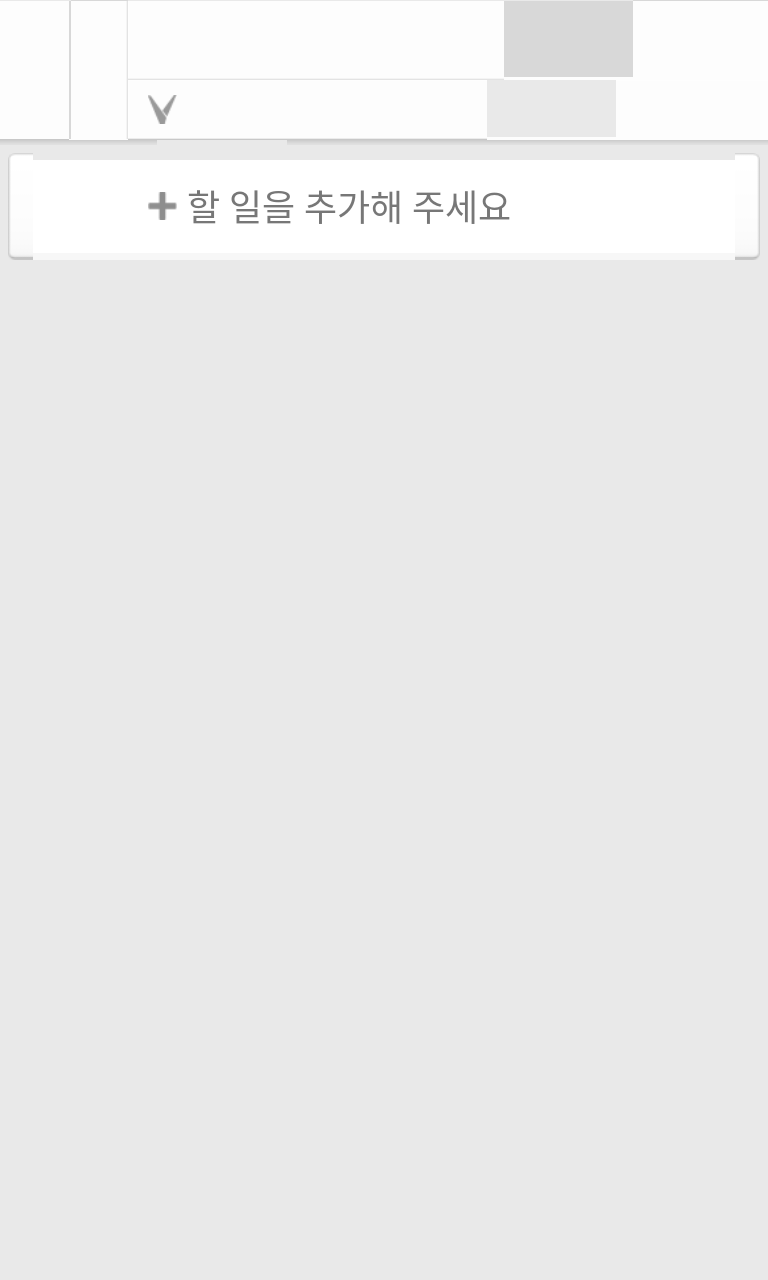
Repository: belhyun/witherest-android
Layout: Witherest/res/layout/fragment_mycheck.xml
The author's editor kept a copy of each file at every save. The layout is drawn from the files as they stood at one save, then again after the next save.
It is drawn on a 768 x 1280 px phone screen (xhdpi) without system bars, with theme android:Theme.Holo; the app's code is not run. Lists and similar views that code fills are empty.

Above is the layout before, as saved 2013-07-06 04:05:47.

### Witherest/res/layout/fragment_mycheck.xml
<?xml version="1.0" encoding="utf-8"?>
<LinearLayout xmlns:android="http://schemas.android.com/apk/res/android"
    android:layout_width="fill_parent"
    android:layout_height="fill_parent"
    android:background="#e9e9e9"
    android:orientation="vertical" >

    <RelativeLayout
        android:layout_width="fill_parent"
        android:layout_height="70dp" >

        <LinearLayout
            android:id="@+id/mycheck_profile_container"
            android:layout_width="64dp"
            android:layout_height="70dp"
            android:layout_alignParentLeft="true"
            android:background="@drawable/main1_bg"
            android:gravity="center"
            android:padding="3dip" >

            <ImageView
                android:id="@+id/mycheck_prifile_image"
                android:layout_width="match_parent"
                android:layout_height="match_parent"
                android:layout_marginBottom="5dp"
                android:layout_marginLeft="3dp"
                android:layout_marginRight="3dp"
                android:layout_marginTop="5dp"
                 />
        </LinearLayout>

        <LinearLayout
            android:id="@+id/mycheck_intro_container"
            android:layout_width="match_parent"
            android:layout_height="40dp"
            android:layout_alignParentTop="true"
            android:layout_toRightOf="@id/mycheck_profile_container"
            android:background="@drawable/main2_bg"
            android:gravity="center_horizontal"
            android:orientation="vertical"
            android:padding="0dip" >

            <TextView
                android:id="@+id/mycheck_name_textview"
                android:layout_width="match_parent"
                android:layout_height="wrap_content"
                android:layout_marginLeft="2dip"
                android:ellipsize="end"
                android:textColor="#51c3b8"
                android:textSize="14sp"
                android:textStyle="bold" />

            <TextView
                android:id="@+id/mycheck_purpose_textview"
                android:layout_width="match_parent"
                android:layout_height="wrap_content"
                android:layout_marginLeft="2dip"
                android:ellipsize="end"
                android:textColor="#888888"
                android:textSize="14sp" />
        </LinearLayout>

        <LinearLayout
            android:id="@+id/mycheck_detail_container"
            android:layout_width="fill_parent"
            android:layout_height="30dp"
            android:layout_alignLeft="@id/mycheck_intro_container"
            android:layout_below="@id/mycheck_intro_container"
            android:orientation="horizontal" >

            <LinearLayout
                android:id="@+id/mycheck_detail_container_1"
                android:layout_width="match_parent"
                android:layout_height="match_parent"
                android:layout_weight="1"
                android:background="@drawable/main3_bg"
                android:gravity="center"
                android:orientation="horizontal"
                android:padding="2dip" >

                <ImageView
                    android:layout_width="wrap_content"
                    android:layout_height="wrap_content"
                    android:layout_marginLeft="8dp"
                    android:src="@drawable/main_checkroom_icon_bg" />

                <TextView
                    android:id="@+id/mycheck_expose_textview"
                    android:layout_width="match_parent"
                    android:layout_height="wrap_content"
                    android:layout_marginLeft="40dp"
                    android:textColor="#999999"
                    android:textSize="14sp" />
            </LinearLayout>

            <LinearLayout
                android:id="@+id/mycheck_detail_container_2"
                android:layout_width="match_parent"
                android:layout_height="match_parent"
                android:layout_weight="1"
                android:background="@drawable/main4_bg"
                android:gravity="center"
                android:padding="2dip"
                android:visibility="gone">

                <ImageView
                    android:layout_width="wrap_content"
                    android:layout_height="wrap_content"
                    android:layout_marginLeft="8dp"
                    android:src="@drawable/main_star_icon_bg" />

                <TextView
                    android:id="@+id/mycheck_star_textview"
                    android:layout_width="match_parent"
                    android:layout_height="wrap_content"
                    android:layout_marginLeft="40dp"
                    android:textColor="#999999"
                    android:textSize="14sp" />
            </LinearLayout>
        </LinearLayout>
    </RelativeLayout>

    <LinearLayout
        android:layout_width="fill_parent"
        android:layout_height="wrap_content"
        android:background="@drawable/common_header_shadow" />

    <Button
        android:id="@+id/make_room_btn"
        android:layout_width="match_parent"
        android:layout_height="wrap_content"
        android:background="@drawable/make_room_btn_on_off"
        android:drawableLeft="@drawable/main_plus_icon_bg"
        android:drawablePadding="5dip"
        android:gravity="center_vertical"
        android:paddingLeft="70dp"
        android:text="@string/make_room"
        android:textColor="#777777"
        android:textSize="18sp"
        android:layout_marginLeft="4dp"
        android:layout_marginRight="4dp"
        android:layout_marginTop="4dp"
        android:layout_marginBottom="2dp"/>

    <ListView
        android:id="@+id/mycheck_checklistview"
        android:layout_width="match_parent"
        android:layout_height="wrap_content"
        android:layout_marginLeft="4dp"
        android:layout_marginRight="4dp"
        android:layout_marginTop="2dp"
        android:layout_weight="1.75"
        android:background="#e9e9e9"
        android:drawSelectorOnTop="false"
        android:cacheColorHint="#00000000"
        android:divider="@color/tranparent"
        android:listSelector="@android:color/transparent"
        android:persistentDrawingCache="animation|scrolling"
        >
    </ListView>

</LinearLayout>

### Witherest/res/drawable/make_room_btn_on_off.xml
<?xml version="1.0" encoding="utf-8"?>
<selector xmlns:android="http://schemas.android.com/apk/res/android" >
    <!-- selected -->
	<item
		android:state_selected="true"
		android:drawable="@drawable/main_plusroom_button_on"/>

	<!-- pressed -->
	<item
		android:state_pressed="true"
		android:drawable="@drawable/main_plusroom_button_on"/>

	<!-- focused -->
	<item
		android:state_focused="true"
		android:drawable="@drawable/main_plusroom_button_on"/>

	<!-- default -->
	<item
		android:drawable="@drawable/main_plusroom_button_off"/>

</selector>

### Witherest/res/values/strings.xml
<?xml version="1.0" encoding="utf-8"?>
<resources>
    <string name="app_name">Witherest</string>
    <string name="hello_world">Hello world!</string>
    <string name="menu_settings">Settings</string>
    <string name="title_activity_main">MainActivity</string>

    <!-- Common String -->
    <string name="common_welcome">다른 사람들과 할 일을 공유 하고 함께 이뤄 가는 공간\n함께 목표를 이루는 공간에 당신을 초대합니다.</string>

    <string name="exception_message">오류가 발생하였습니다.</string>
    <string name="incorrect_networkconnect">잘못된 접근방식입니다.</string>
    <!-- /Common String -->

    <!-- Login String -->
    <string name="login_title">로그인</string>
    <string name="login_message">다른 사람들과 할 일을 공유 하고 함께 이뤄 가는 공간\n함께 목표를 이루는 공간에 당신을 초대합니다.</string>
	<string name="login_id_hint">아이디 (이메일 주소)</string>
	<string name="login_passwd_hint">비밀번호</string>
	<string name="login_btn">로그인</string>

	<string name="login_dialog_message">로그인중 입니다.</string>

		<!-- Error String -->
		<string name="login_insert_id_empty">아이디 (이메일 주소)를 입력 해주세요.</string>
		<string name="login_insert_passwd_empty">비밀번호를 입력 해주세요.</string>
		<string name="login_id_incorrect">등록되지 않은 사용자 입니다.</string>
		<string name="login_passwd_incorrect">비밀번호가 일치하지 않습니다.</string>
		<!-- /Error String -->

	<!-- /Login String -->

	<!-- SignUp String -->
	<string name="signup_title">가입하기</string>
	<string name="signup_nickname_hint">닉네임</string>
	<string name="signup_id_hint">아이디 (이메일 주소)</string>
	<string name="signup_passwd_hint">비밀번호</string>
	<string name="signup_passwdconfirm_hint">비밀번호 확인</string>
	<string name="signup_interestedCategory_hint">관심 카테고리</string>
	<string name="signup_attention">만들기 버튼을 누르면 &lt;font color=#3cc3c6&gt;이용약관&lt;/font&gt; 및 &lt;font color=#3cc3c6&gt;개인 정보&lt;/font&gt;&lt;br /&gt;&lt;font color=#3cc3c6&gt;취급 방침&lt;/font&gt;에 동의하게 됩니다.</string>
	<string name="signup_make_btn">가입하기</string>

	<string name="signup_dialog_message">&lt;small&gt;회원가입  요청중입니다.&lt;/small&gt;&lt;br&gt;&lt;small&gt;잠시만 기다려 주세요.&lt;/small&gt;</string>

		<!-- Error String -->
		<string name="signup_insert_nickname_empty">닉네임을 입력 해주세요.</string>
		<string name="signup_insert_id_empty">아이디 (이메일 주소)를 입력 해주세요.</string>
		<string name="signup_insert_passwd_empty">비밀번호를 입력 해주세요.</string>
		<string name="signup_insert_passwdconfirm_empty">비밀번호 확인을 입력 해주세요.</string>
		<string name="signup_insert_interestedCategory_empty">관심 카테고리를 선택 해주세요.</string>

		<string name="signup_insert_passwd_different">입력된 비밀번호가 일치하지 않습니다.</string>
		<!-- /Error String -->

	<!-- /SignUp String -->
		<string name="title_category">Category</string>
		<string name="profile_title">프로필 수정</string>
		<string name="profile">프로필</string>
		<string name="profile_menu_text">프로필 이미지</string>
		<string name="profile_image_des">이미지를 변경하시려면 눌러주세요</string>
		<string name="profile_nick">닉네임</string>
		<string name="email">이메일</string>
		<string name="purpose">목표 문구</string>
		<string name="mycategory">관심 카테고리</string>
		<string name="settings_title">설정</string>
		<string name="default_info_text">기본 정보</string>
		<string name="version_title">버젼 정보</string>
		<string name="default_version">1.0</string>
		<string name="help_title">도움말</string>
		<string name="suggestion_title">의견 보내기</string>
		<string name="note_title">알림 설정</string>
		<string name="system_title">시스템 설정</string>
		<string name="withdraw_title">탈퇴</string>
		<string name="logout_title">로그 아웃</string>
		<string name="warning_withdraw">Witherest를 탈퇴하시겠습니까?</string>
		<string name="confirm">확인</string>
		<string name="cancel">취소</string>
		<string name="confirm_withdraw">탈퇴 확인</string>
		<string name="notification">알림</string>
		<string name="notificationconfig">알림 수신 설정</string>
		<string name="activity_noti_config_time">방 시간 알림</string>
		<string name="activity_noti_config_time_des">방 알림 시간이 되었을 때 알림을 받습니다.</string>
		<string name="activity_noti_config_manager_register">방장 신규 글 등록 알림</string>
		<string name="activity_noti_config_manager_register_des">방장이 신규글을 등록했을 때 알림을 받습니다.</string>
		<string name="activity_noti_config_register_mine">댓글 알림</string>
		<string name="activity_noti_config_register_mine_des">내가 쓴글에 댓 글이 달렸을 때 알림을 받습니다.</string>
		<string name="activity_noti_company">공지 알림</string>
		<string name="activity_noti_company_des">Witherest의 공지 알림을 받습니다.</string>
		<string name="selectimage">사진 선택</string>
		<string name="activity_profile_input_email_text">이메일을 입력해주세요</string>
		<string name="activity_profile_input_nick_text">닉네임을 입력해주세요</string>
		<string name="activity_profile_input_purpose_text">목표 문구를 입력해주세요</string>
		<string name="activity_profile_input_mycategories_text">관심 카테고리를 선택해주세요</string>
		<string name="activity_profile_input_category_text">관심 항목을 선택해주세요</string>
		<string name="activity_makeroom_room_image_title">방 이미지</string>
		<string name="activity_makeroom_room_name_title">방이름</string>
		<string name="activity_makeroom_purpose_title">할 일 내용</string>
		<string name="activity_makeroom_title">방 만들기</string>
		<string name="activity_makeroom_category_title">카테고리</string>
		<string name="activity_makeroom_period_title">기간</string>
		<string name="activity_makeroom_periodtype_default">매일</string>
		<string name="activity_makeroom_period_default">21일</string>
		<string name="activity_makeroom_periodtype_title">실천 주기</string>
		<string name="activity_mkeroom_periodtype_default">매일</string>
		<string name="activity_makeroom_alarm_title">알림</string>
		<string name="activity_makeroom_alarm_default">매일</string>
		<string name="activity_makeroom_content_hint">입력하시려면 눌러주세요</string>
		<string name="activity_makeroom_alarmtime_title">알림 시간</string>
		<string name="activity_makeroom_public_title">공개 여부</string>
		<string name="activity_makeroom_public_default">공개</string>
		<string name="activity_makeroom_maxmember_title">참여 인원</string>
		<string name="activity_makeroom_maxmember_default">10명</string>
		<string name="dialog_input_roomname_text">방 이름을 입력해주세요</string>
		<string name="dialog_input_purpose_text">할 일 내용을 입력해주세요</string>
		<string name="dialog_input_category_text">카테고리를 선택해주세요</string>
		<string name="dialog_input_period_text">기간을 입력해주세요</string>
		<string name="dialog_input_periodtype_text">실천 주기를 입력해주세요</string>
		<string name="dialog_input_alarm_text">알림을 선택해주세요</string>
		<string name="dialog_input_alarmtime_text">알림 시간을 지정해주세요</string>
		<string name="dialog_input_pulbic_text">공개 여부를 설정해주세요</string>
		<string name="dialog_input_maxmember_text">참여 인원을 설정해주세요</string>
		<string name="request_select_day">요일을 선택해주세요</string>
		<string name="daily">매일</string>
		<string name="yes">예</string>
		<string name="no">아니오</string>
		<string name="publicyes">공개</string>
		<string name="publicno">비공개</string>
		<string name="unit_human">명</string>
		<string name="simple_time">시</string>
		<string name="simple_min">분</string>
		<string name="am">오전</string>
		<string name="pm">오후</string>
		<string name="populate">인기순</string>
		<string name="recent">둥록순</string>
		<string name="agent">android</string>
		<string name="login_dialog_title">로그인 중</string>
		<string name="signup_dialog_title">회원 가입 요청중...</string>
		<string name="server_error">일시적 네트워크 장애입니다.\n다시 시도해주세요.</string>
		<string name="id_duplicated">이미 등록된 아이디입니다</string>
		<string name="join_text">join</string>
		<string name="setting_text">setting</string>
		<string name="leave_text">leave</string>
		<string name="with_text">with</string>
		<string name="board_text">board</string>
		<string name="roomboard_write_hint">소식을 전해주세요 !!</string>
		<string name="write_text">올리기</string>
		<string name="login_guide">로그인 안내</string>
		<string name="login_join_message">로그인 전용 페이지 입니다\n아래의 버튼을 알맞게 눌러주세요</string>
		<string name="login">로그인</string>
		<string name="join">회원 가입</string>
		<string name="logout_dialog_title">로그 아웃중</string>
		<string name="logout_dialog_message">로그 아웃 요청중...</string>
		<string name="wait_title">데이타 수신중</string>
		<string name="wait_message">잠시만 기다려주세요</string>
		<string name="makeroom_title_insert">방 이름을 입력해주세요 </string>
		<string name="makeroom_purpose_insert">할일 내용을 입력해주세요</string>
		<string name="makeroom_category_insert">룸을 생성할 카테고리를 입력해주세요</string>
		<string name="createroom_dialog_title">체크룸 생성</string>
		<string name="createroom_dialog_message">체크룸 생성 요청 중입니다 \n잠시만 기다려 주세요</string>
		<string name="createroom_ok">정상적으로 방이 개설되었습니다</string>
		<string name="room_modify">수정</string>
		<string name="room_withdraw">탈퇴</string>
		<string name="room_join">참여</string>
		<string name="no_manager_notice">현재 방의 공지 사항이 없습니다.</string>
		<string name="no_purpose">현재 자신의 목적문구가 없습니다.</string>
		<string name="you_not_manager">방장만이 공지글을 작성할 수 있습니다</string>
		<string name="write_notice_title">공지 작성</string>
		<string name="confirm_notice">공지글을 작성해 주세요</string>
		<string name="not_user_not_join_alert">글을 올리려면 이 방에 참여한 상태여야 합니다.</string>
		<string name="no_text">글을 작성하지 않았습니다. 글을 작성해 주세요</string>
		<string name="write_reply_title">댓글 작성</string>
		<string name="modifyroom_ok">정상적으로 방이 수정되었습니다</string>
		<string name="not_valid_email">입력하신 ID 는 이메일 형식에 맞지 않습니다\n이메일 형식에 맞게 입력해주세요</string>
		<string name="not_valid_name">이름은 2자 이상이어야 합니다</string>
		<string name="not_valid_password">비밀번호는 4자 이상이어야 합니다</string>
		<string name="banned_modify_email">이메일은 수정하실 수 없습니다</string>
		<string name="modify">수정</string>
		<string name="profile_purpose_hint">자신의 목표 문구를 설정해 주세요</string>
		<string name="profile_category_hint">관심 카테고리를 설정해주세요</string>
		<string name="make_room">할 일을 추가해 주세요</string>
		<string name="no_alarm">알림 시간 없음</string>
		<string name="room_public_ok">공개</string>
		<string name="room_public_not">비공개</string>
		<string name="logout_fail">로그아웃 요청이 실패했습니다\n다시 시도해 주십시오</string>
		<string name="finish_confirm_title">앱 종료 확인</string>
		<string name="finish_confirm_message">앱을 종료하시겠습니까?</string>
		<string name="logout_wait_message">로그아웃 중입니다\n잠시만 기다려 주세요</string>
		<string name="profile_modify_ok">프로필이 정상적으로 수정되었습니다</string>
		<string name="necessary_text">필수 사항</string>
		<string name="option_text">선택 사항</string>
		<string name="wrong_approach">잘못된 접근 경로입니다</string>
		<string name="withdraw_ok">회원 탈퇴가 정상적으로 처리되었습니다</string>
		<string name="member_guide_title">회원 가입 안내</string>
		<string name="member_guide_message">회원 가입을 하시고 이용하실 수 있습니다.\n회원 가입절차는 아주 간단합니다.</string>
		<string name="no_delete_room">자신을 제외하고 방에 인원이 없어야 방 삭제가 가능합니다</string>
		<string name="delete_room_guide_title">방 삭제</string>
		<string name="delete_room_guide_message">정말로 방을 삭제하시겠습니까?</string>
		<string name="room_delete">방 삭제하기</string>
		<string name="join_member">Witherest 가입하기</string>
		<string name="join_member_text">회원이 아니시면 아래를 눌러 가입해주세요</string>

		<string name="pull_to_refresh_pull_label">새로 고침</string>
   		 <string name="pull_to_refresh_release_label">새로 고침</string>
   		 <string name="pull_to_refresh_refreshing_label">로딩중...</string>
 		 <string name="pull_to_refresh_tap_label">새로 고침하려면 탭 해주세요</string>
 		 <string name="progress_initialize">앱 초기화 중입니다</string>
 		 <string name="progress_version">버젼 체크를 진행중입니다</string>
 		 <string name="progress_category">필요한 데이타를 수신중입니다</string>
 		 <string name="progress_gcm">GCM 데이타를 식별중입니다</string>
 		 <string name="progress_autologin">자동 로그인 중입니다</string>
 		 <string name="note_saved">에버노트에 잘 저장이 되었습니다</string>
 		 <string name="error_creating_notestore">에버노트에 노트저장소 생성에 문제가 생겼습니다</string>
 		 <string name="error_saving_note">에버노트에 저장하는데 문제가 생겼습니다</string>
 		 <string name="empty_content_error">에버노트에 저장하기 위해서는 제목과 내용이 필요합니다</string>
 		 <string name="note_title">알림 설정</string>
 		 <string name="evernote_login_ok">에버노트 로그인이 되었습니다</string>
 		 <string name="evernote_login_fail">에버노트 인증에 실패했습니다</string>
 		 <string name="is_saving_evernote">에버노트에 기록중입니다\n잠시만 기다려주세요</string>
 		 <string name="note_message">알림 설정하기</string>
 		 <string name="acount_title">계정 연동</string>
 		 <string name="evernote_message1">에버노트와 연동하기</string>
 		 <string name="activity_setting_evernote_detail1">목표를 수행한 내용 기록하기</string>
 		 <string name="activity_setting_evernote_detail2">목표를 수행한 내용이 \n에버노트에 기록됩니다</string>
 		 <string name="room_time_note">witheset 방 시간 알림</string>
 		 <string name="room_time_note_suffix">의 방 시간 알림입니다.</string>
 		 <string name="dialog_input_public_not_public">공개 여부를 선택해 주세요</string>
 		 <string name="fatal_network_error">네트워크 오류</string>
 		 <string name="fatal_network_error_message">네트워크를 사용할 수 없거나, 오류가 발생했습니다.\n앱이 종료됩니다</string>
 		 <string name="tempo_network_error">일시적 네트워크 장애</string>
 		 <string name="tempo_network_error_message">일시적 네트워크 장애입니다. 재시도 하시겠습니까?</string>
 		 <string name="just">just</string>
 		 <string name="inappropriate_path">잘못된 접근 경로입니다.</string>
 		 <string name="registration_order">등록순</string>
 		 <string name="popular_order">인기도순</string>
 		 <string name="create">만들기</string>
 		 <string name="create_room">할 일 만들기</string>
 		 <string name="modify_room">할 일 수정하기</string>
 		 <string name="delete">삭제</string>
 		 <string name="upgrade">upgrade</string>
</resources>

### Witherest/res/values/color.xml
<?xml version="1.0" encoding="utf-8"?>
<resources>
    <color name="tranparent">#00000000</color>

</resources>

After the next save:
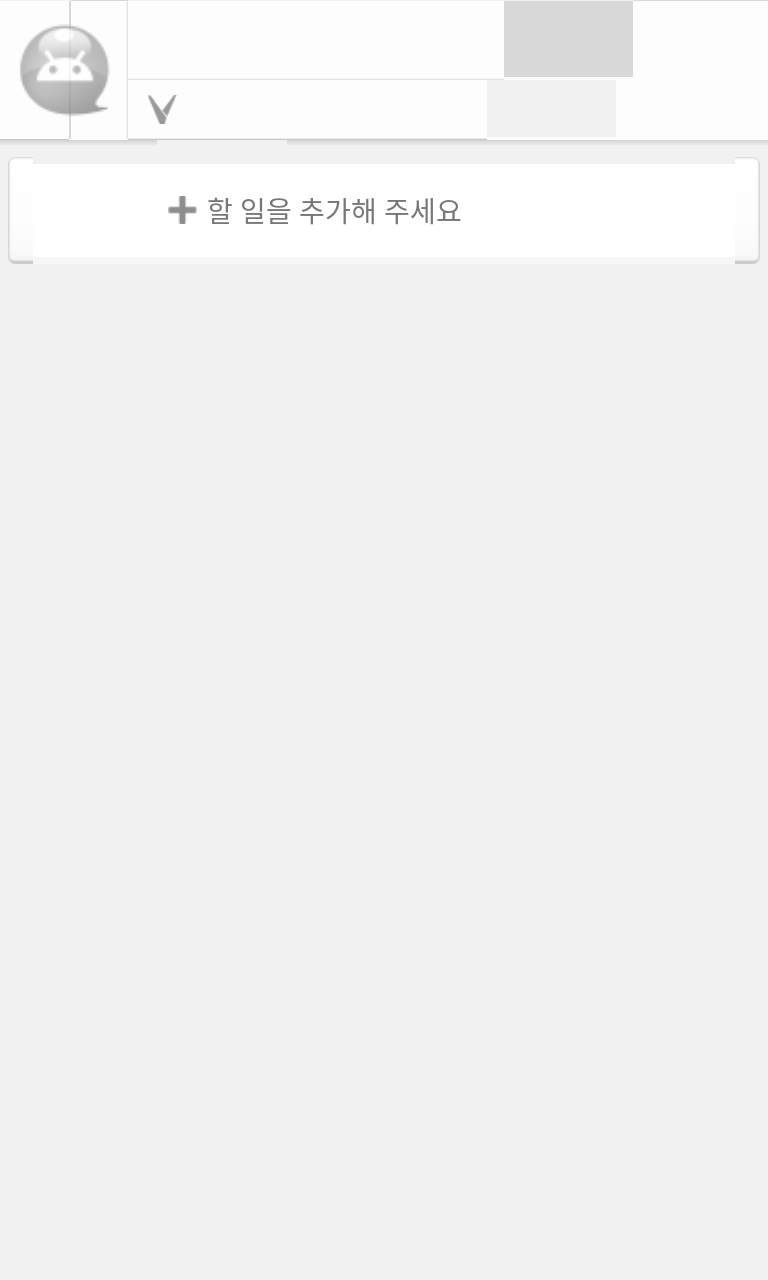
Saved 9 min 1 s later.
--- a/Witherest/res/layout/fragment_mycheck.xml
+++ b/Witherest/res/layout/fragment_mycheck.xml
@@ -2,7 +2,7 @@
 <LinearLayout xmlns:android="http://schemas.android.com/apk/res/android"
     android:layout_width="fill_parent"
     android:layout_height="fill_parent"
-    android:background="#e9e9e9"
+    android:background="#f1f1f1"
     android:orientation="vertical" >
 
     <RelativeLayout
@@ -26,7 +26,7 @@
                 android:layout_marginLeft="3dp"
                 android:layout_marginRight="3dp"
                 android:layout_marginTop="5dp"
-                 />
+                android:src="@drawable/stub" />
         </LinearLayout>
 
         <LinearLayout
@@ -88,7 +88,7 @@
                     android:id="@+id/mycheck_expose_textview"
                     android:layout_width="match_parent"
                     android:layout_height="wrap_content"
-                    android:layout_marginLeft="40dp"
+                    android:layout_marginLeft="80dp"
                     android:textColor="#999999"
                     android:textSize="14sp" />
             </LinearLayout>
@@ -133,13 +133,13 @@
         android:drawableLeft="@drawable/main_plus_icon_bg"
         android:drawablePadding="5dip"
         android:gravity="center_vertical"
-        android:paddingLeft="70dp"
+        android:paddingLeft="80dp"
         android:text="@string/make_room"
         android:textColor="#777777"
-        android:textSize="18sp"
+        android:textSize="14sp"
         android:layout_marginLeft="4dp"
         android:layout_marginRight="4dp"
-        android:layout_marginTop="4dp"
+        android:layout_marginTop="6dp"
         android:layout_marginBottom="2dp"/>
 
     <ListView
@@ -150,7 +150,7 @@
         android:layout_marginRight="4dp"
         android:layout_marginTop="2dp"
         android:layout_weight="1.75"
-        android:background="#e9e9e9"
+        android:background="#f1f1f1"
         android:drawSelectorOnTop="false"
         android:cacheColorHint="#00000000"
         android:divider="@color/tranparent"
